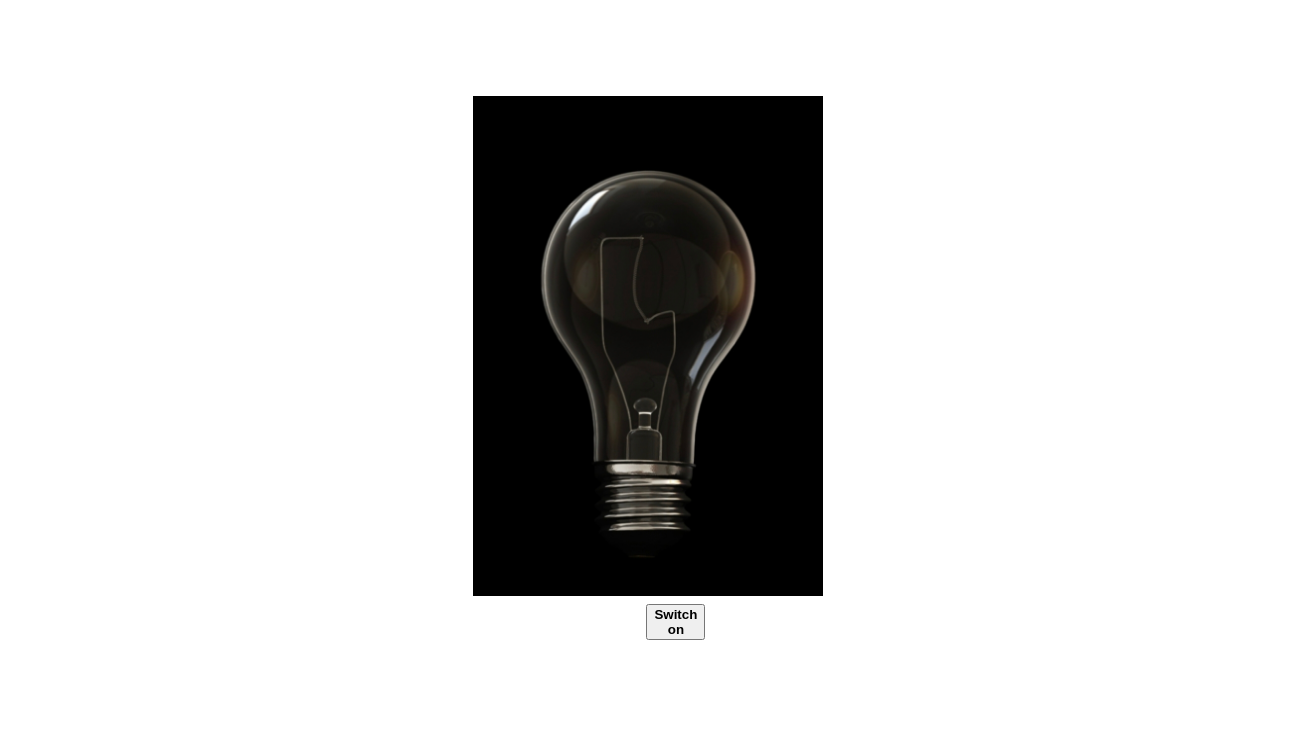
Repository: JunaidAnsari202/bulb
Page: index.html
The author's editor kept a copy of each file at every save. The page is drawn from the files as they stood at one save, then again after a run of saves.
The browser window is 1280 px wide. The page is 1288 px wide, then 1290 px, so the pictures cover 1290 px, including what lies to the right of the window. The pictures show the whole page.

Above is the page before, as saved 2023-10-27 17:48:36.

### index.html
<!DOCTYPE html>
<html lang="en">
<head>
    <meta charset="UTF-8">
    <meta name="viewport" content="width=device-width, initial-scale=1.0">
    <title>Document</title>
    <link rel="stylesheet" href="style.css">
</head>
<body>
<div><img id="bulb" src="img/off.jpg" alt="" class="bulb"></div>
   <div> <button id="btn" class="bttn">Switch on</button></div>
</body>

<script>
    let button=document.getElementById('btn')
    let bulb=document.getElementById('bulb')
    button.addEventListener('click',bulbs)
    function bulbs(e){
        if(button.textContent.includes('on')){
            bulb.src="img/off.jpg"
            button.textContent="Turn off"
        }
        else{
            bulb.src="img/on.jpg"
            button.textContent="Turn on"
        }
    }
   </script>
</html>

### style.css
body{
    width: 100vw;
    height: 100vh;
    background-color: #ffffff;
    overflow: hidden;
    display: flex;
    justify-content: center;
    align-items: center;
    flex-direction: column;
}

.bulb{
    height: 500px;
    width: 350px;
}


.bttn{
    margin-top: 4%;
    margin-left: 48%;
    font-weight: 800;
}

After the next 10 saves:
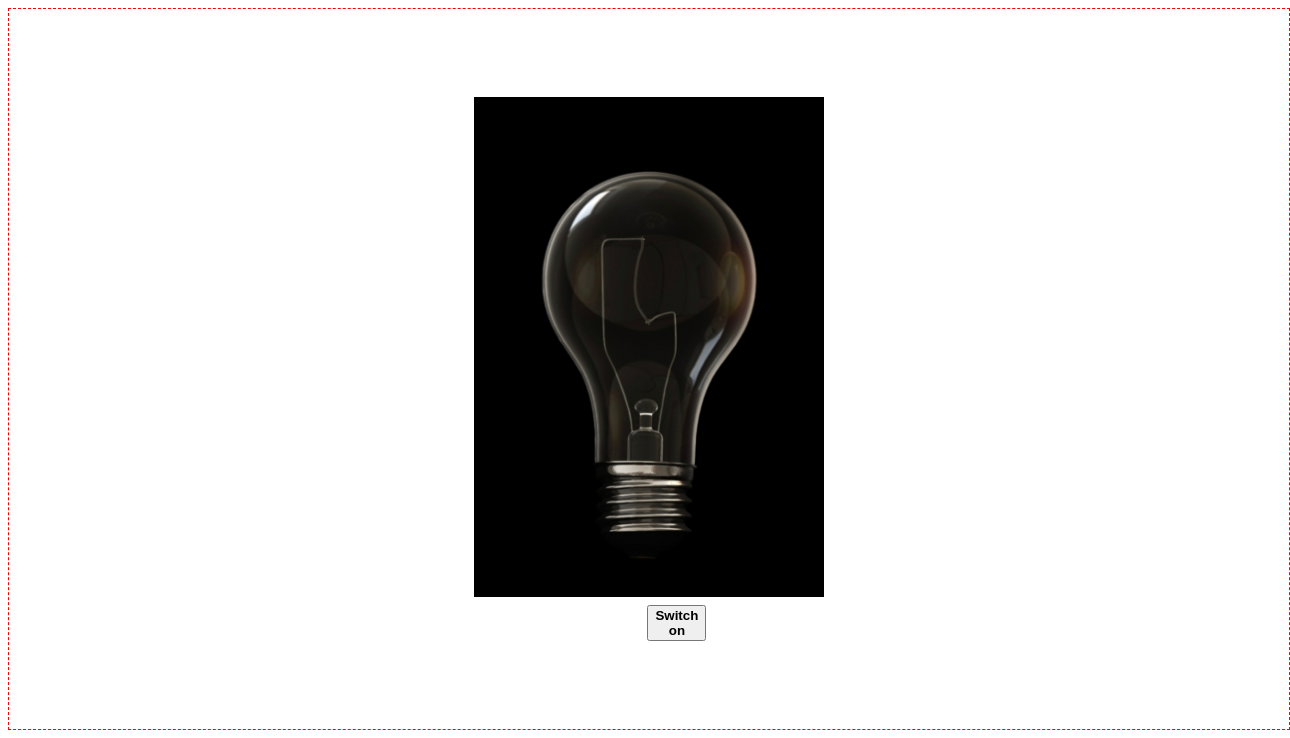
The 10 saves are shown as one change because they came seconds apart.
The last was saved 3 min 45 s later.
--- a/style.css
+++ b/style.css
@@ -7,6 +7,7 @@ body{
     justify-content: center;
     align-items: center;
     flex-direction: column;
+    border: 1px red dashed;
 }
 
 .bulb{
